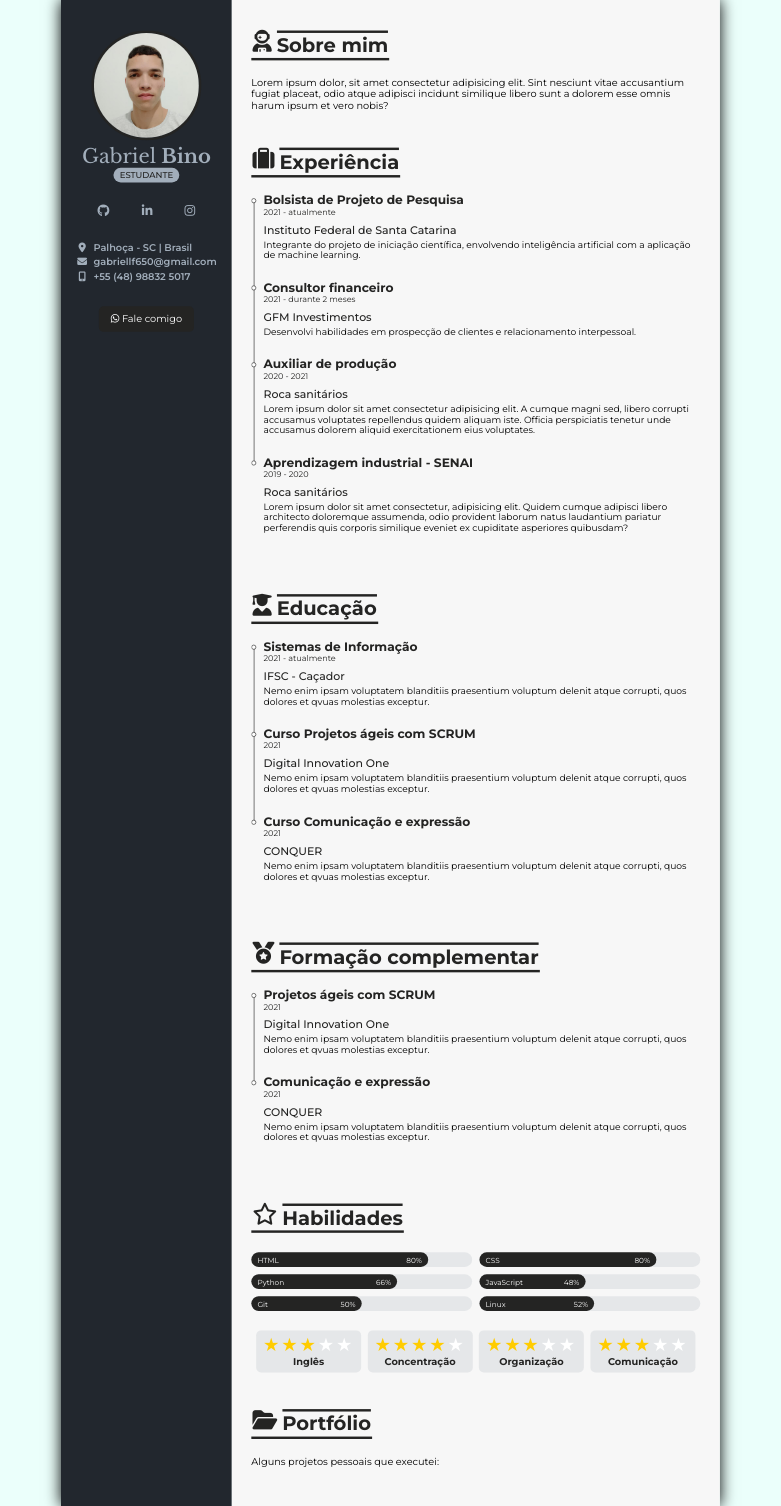
Repository: gabrielbino/curriculoResponsivo
Page: index.html
An editor plug-in stored every save of this project. The page is shown before and after the next save, followed by the edit.
The browser window is 1280 px wide. The pictures show the whole page, at 61% of full size.
Some web libraries are served in a nearby version.

Above is the page before, as saved 2021-10-19 22:54:16.

After the next save:
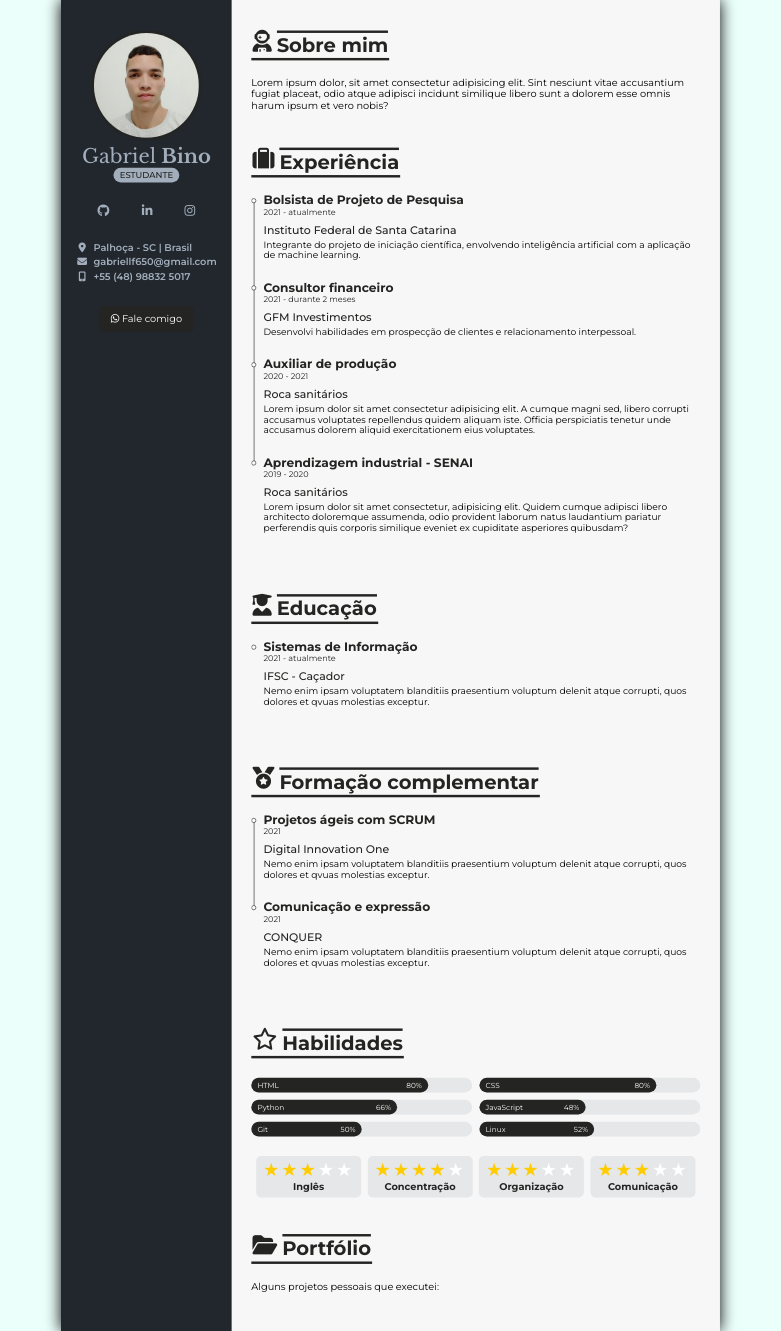
Saved 3 min 13 s later.
--- a/index.html
+++ b/index.html
@@ -151,26 +151,6 @@
                 exceptur.
               </p>
             </li>
-            <li>
-              <h4 class="timeline-title">Curso Projetos ágeis com SCRUM</h4>
-              <h5 class="timeline-time">2021</h5>
-              <h6 class="timeline-place">Digital Innovation One</h6>
-              <p class="timeline-text">
-                Nemo enim ipsam voluptatem blanditiis praesentium voluptum
-                delenit atque corrupti, quos dolores et qvuas molestias
-                exceptur.
-              </p>
-            </li>
-            <li>
-              <h4 class="timeline-title">Curso Comunicação e expressão</h4>
-              <h5 class="timeline-time">2021</h5>
-              <h6 class="timeline-place">CONQUER</h6>
-              <p class="timeline-text">
-                Nemo enim ipsam voluptatem blanditiis praesentium voluptum
-                delenit atque corrupti, quos dolores et qvuas molestias
-                exceptur.
-              </p>
-            </li>
           </ul>
         </article>
         <article>
